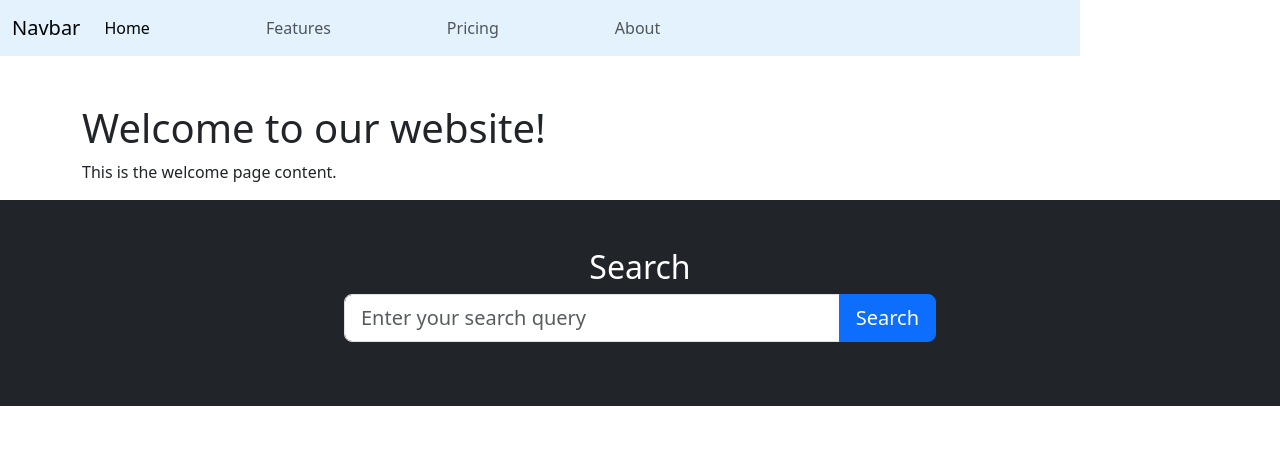
Repository: gyfffffff/meishimeike_test
Page: meishimeike/hello.html
An editor plug-in stored every save of this project. The page is shown before and after a run of saves, followed by the edit.
The browser window is 1280 px wide. The pictures show the whole page.

Above is the page before, as saved 2023-07-13 10:45:00.

### meishimeike/hello.html
<!DOCTYPE html>
<html lang="en">

<head>
    <meta charset="UTF-8">
    <meta name="viewport" content="width=device-width, initial-scale=1.0">
    <link rel="stylesheet" href="https://cdn.jsdelivr.net/npm/bootstrap@5.3.0/dist/css/bootstrap.min.css">
    <style>
        .navbar {
            margin-right: 200px;
            /* 调整导航栏与其他内容的间距 */
        }

        .navbar-nav li {
            margin-right: 100px;
            /* 调整右侧间距 */
        }
    </style>

    <title>美食每刻</title>
</head>

<body>
    <nav class="navbar navbar-expand-lg" style="background-color: #e3f2fd;" data-bs-theme="light">
        <div class="container-fluid">
            <a class="navbar-brand" href="#">Navbar</a>
            <button class="navbar-toggler collapsed" type="button" data-bs-toggle="collapse"
                data-bs-target="#navbarColor03" aria-controls="navbarColor03" aria-expanded="false"
                aria-label="Toggle navigation">
                <span class="navbar-toggler-icon"></span>
            </button>
            <div class="navbar-collapse collapse" id="navbarColor03" style="">
                <ul class="navbar-nav me-auto mb-2 mb-lg-0">
                    <li class="nav-item">
                        <a class="nav-link active" aria-current="page" href="#">Home</a>
                    </li>
                    <li class="nav-item">
                        <a class="nav-link" href="#">Features</a>
                    </li>
                    <li class="nav-item">
                        <a class="nav-link" href="#">Pricing</a>
                    </li>
                    <li class="nav-item">
                        <a class="nav-link" href="#">About</a>
                    </li>
                </ul>
                <!-- <form class="d-flex" role="search">
                    <input class="form-control me-2" type="search" placeholder="Search" aria-label="Search">
                    <button class="btn btn-outline-primary" type="submit">Search</button>
                </form> -->
            </div>
        </div>
    </nav>

    <div class="container mt-5">
        <h1>Welcome to our website!</h1>
        <p>This is the welcome page content.</p>
    </div>

    <div class="container-fluid bg-dark text-center p-5">
        <h2 class="text-white">Search</h2>
        <div class="input-group mb-3 w-50 mx-auto">
            <input type="text" class="form-control form-control-lg" placeholder="Enter your search query">
            <button class="btn btn-primary btn-lg" type="button">Search</button>
        </div>
    </div>

    <script src="https://cdn.jsdelivr.net/npm/bootstrap@5.3.0/dist/js/bootstrap.bundle.min.js"></script>
</body>

</html>

After the next 3 saves:
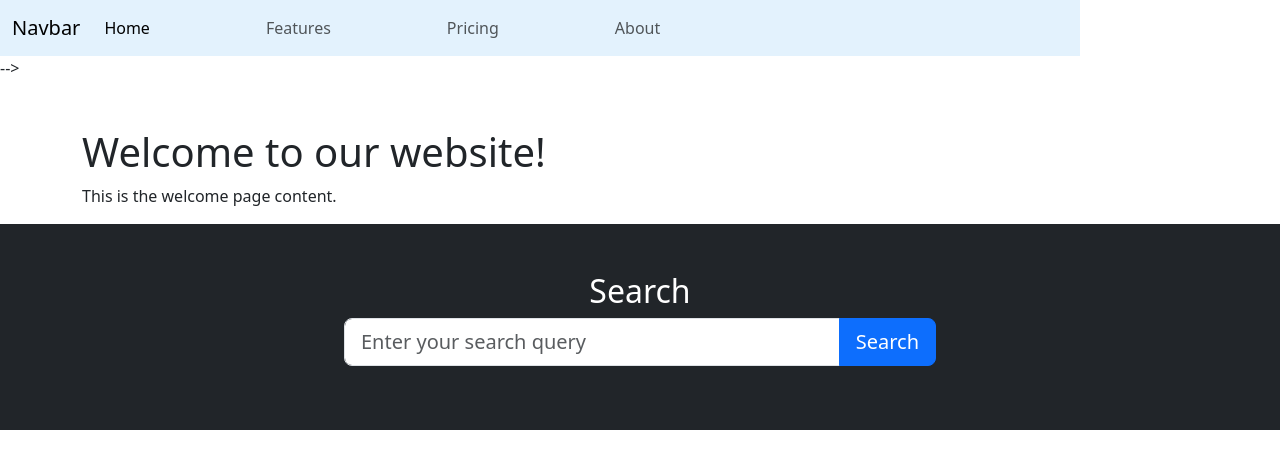
The 3 saves are shown as one change because they came seconds apart.
The last was saved 59 s later.
--- a/meishimeike/hello.html
+++ b/meishimeike/hello.html
@@ -22,6 +22,31 @@
 
 <body>
     <nav class="navbar navbar-expand-lg" style="background-color: #e3f2fd;" data-bs-theme="light">
+        <div class="container-fluid">
+            <a class="navbar-brand" href="#">Navbar</a>
+            <button class="navbar-toggler collapsed" type="button" data-bs-toggle="collapse" data-bs-target="#navbarColor03"
+                aria-controls="navbarColor03" aria-expanded="false" aria-label="Toggle navigation">
+                <span class="navbar-toggler-icon"></span>
+            </button>
+            <div class="navbar-collapse collapse" id="navbarColor03" style="">
+                <ul class="navbar-nav me-auto mb-2 mb-lg-0">
+                    <li class="nav-item">
+                        <a class="nav-link active" aria-current="page" href="#">Home</a>
+                    </li>
+                    <li class="nav-item">
+                        <a class="nav-link" href="#">Features</a>
+                    </li>
+                    <li class="nav-item">
+                        <a class="nav-link" href="#">Pricing</a>
+                    </li>
+                    <li class="nav-item">
+                        <a class="nav-link" href="#">About</a>
+                    </li>
+                </ul>
+            </div>
+        </div>
+    </nav>
+    <!-- <nav class="navbar navbar-expand-lg" style="background-color: #e3f2fd;" data-bs-theme="light">
         <div class="container-fluid">
             <a class="navbar-brand" href="#">Navbar</a>
             <button class="navbar-toggler collapsed" type="button" data-bs-toggle="collapse"
@@ -50,7 +75,7 @@
                 </form> -->
             </div>
         </div>
-    </nav>
+    </nav> -->
 
     <div class="container mt-5">
         <h1>Welcome to our website!</h1>

After the save that followed:
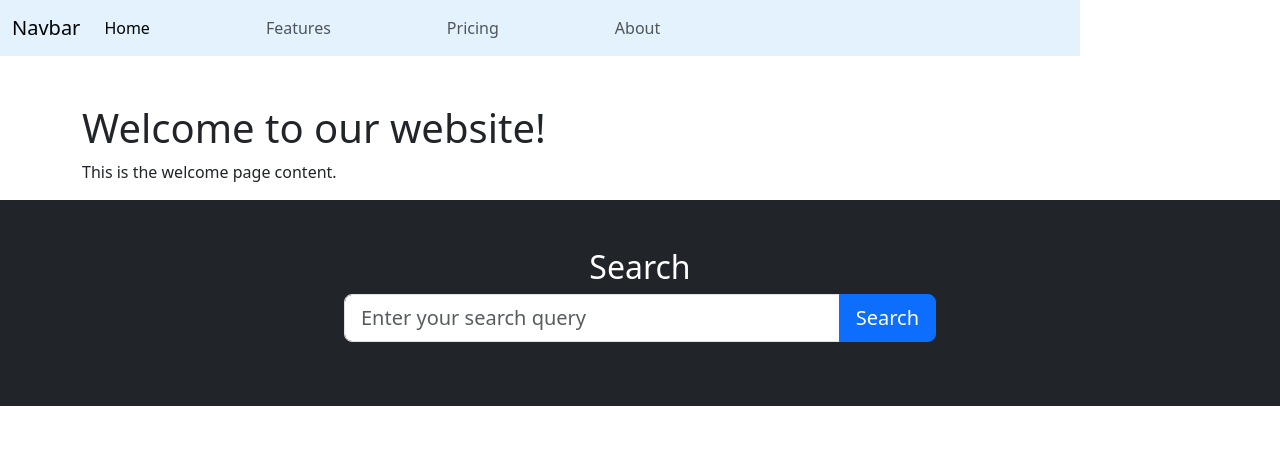
Saved 12 s later.
--- a/meishimeike/hello.html
+++ b/meishimeike/hello.html
@@ -22,31 +22,6 @@
 
 <body>
     <nav class="navbar navbar-expand-lg" style="background-color: #e3f2fd;" data-bs-theme="light">
-        <div class="container-fluid">
-            <a class="navbar-brand" href="#">Navbar</a>
-            <button class="navbar-toggler collapsed" type="button" data-bs-toggle="collapse" data-bs-target="#navbarColor03"
-                aria-controls="navbarColor03" aria-expanded="false" aria-label="Toggle navigation">
-                <span class="navbar-toggler-icon"></span>
-            </button>
-            <div class="navbar-collapse collapse" id="navbarColor03" style="">
-                <ul class="navbar-nav me-auto mb-2 mb-lg-0">
-                    <li class="nav-item">
-                        <a class="nav-link active" aria-current="page" href="#">Home</a>
-                    </li>
-                    <li class="nav-item">
-                        <a class="nav-link" href="#">Features</a>
-                    </li>
-                    <li class="nav-item">
-                        <a class="nav-link" href="#">Pricing</a>
-                    </li>
-                    <li class="nav-item">
-                        <a class="nav-link" href="#">About</a>
-                    </li>
-                </ul>
-            </div>
-        </div>
-    </nav>
-    <!-- <nav class="navbar navbar-expand-lg" style="background-color: #e3f2fd;" data-bs-theme="light">
         <div class="container-fluid">
             <a class="navbar-brand" href="#">Navbar</a>
             <button class="navbar-toggler collapsed" type="button" data-bs-toggle="collapse"
@@ -75,7 +50,7 @@
                 </form> -->
             </div>
         </div>
-    </nav> -->
+    </nav>
 
     <div class="container mt-5">
         <h1>Welcome to our website!</h1>
